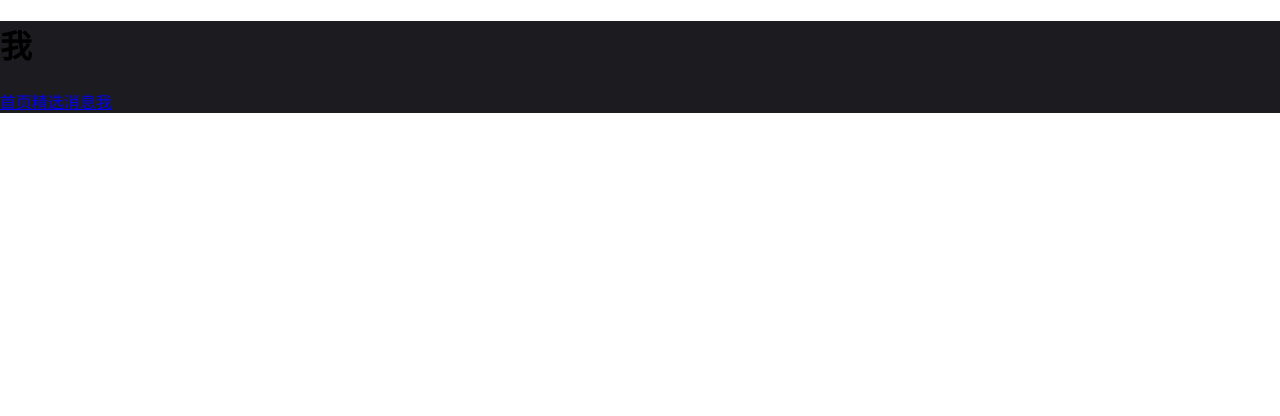
Repository: Heqiong129/Kwai
Page: /#/about
An editor plug-in stored every save of this project. The page is shown before and after the next save, followed by the edit.
The browser window is 1280 px wide. The pictures show the whole page.
The project was rebuilt for these pictures with package versions that can differ from the ones it lists, and the page was loaded fresh each time. Also part of the build but not shown: vue.config.js, src/components/HelloWorld.vue, src/views/HomeView.vue.

Above is the page before, as saved 2022-07-04 11:17:47.

### src/main.js
import { createApp } from "vue";
import App from "./App.vue";
import "./registerServiceWorker";
import router from "./router";
import store from "./store";
import elementIcon from "./plugins/icons";

createApp(App).use(store).use(elementIcon).use(router).mount("#app");

### src/App.vue
<template>
  <div class="main">
    <router-view />
    <div class="navigationBar">
      <span>
        <router-link to="/">首页</router-link>
      </span>
      <span>
        <router-link to="/about">精选</router-link>
      </span>
      <span>
        <router-link to="/">消息</router-link>
      </span>
      <span>
        <router-link to="/about">我</router-link>
      </span>
    </div>
  </div>
</template>

<script setup>

</script>

<style>
body {
  margin: 0;
}

.main {
  height: 100%;
  background-color: rgb(28, 27, 31);
}
</style>

### src/plugins/icons.js
import * as components from "@element-plus/icons-vue";
export default {
  install: (app) => {
    for (const key in components) {
      const componentConfig = components[key];
      app.component(componentConfig.name, componentConfig);
    }
  },
};

### src/views/AboutView.vue
<template>
  <div class="about">
    <h1>我</h1>
  </div>
</template>

Loaded but not shown: public/index.html (common file); src/registerServiceWorker.js (common file); src/router/index.js (common file); src/store/index.js (common file)

After the next save:
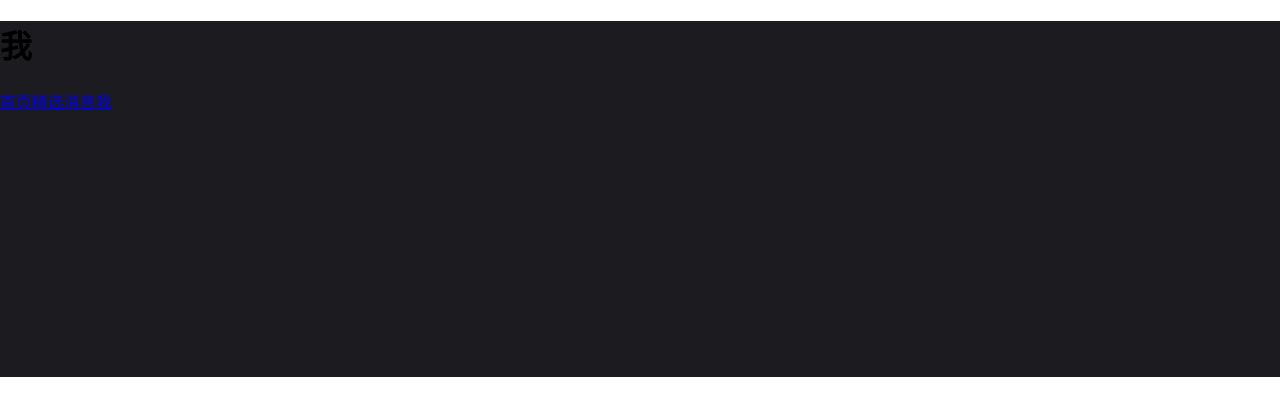
Saved 89 s later.
--- a/src/App.vue
+++ b/src/App.vue
@@ -28,7 +28,7 @@ body {
 }
 
 .main {
-  height: 100%;
+  height: calc(50vh - 4px);
   background-color: rgb(28, 27, 31);
 }
 </style>
